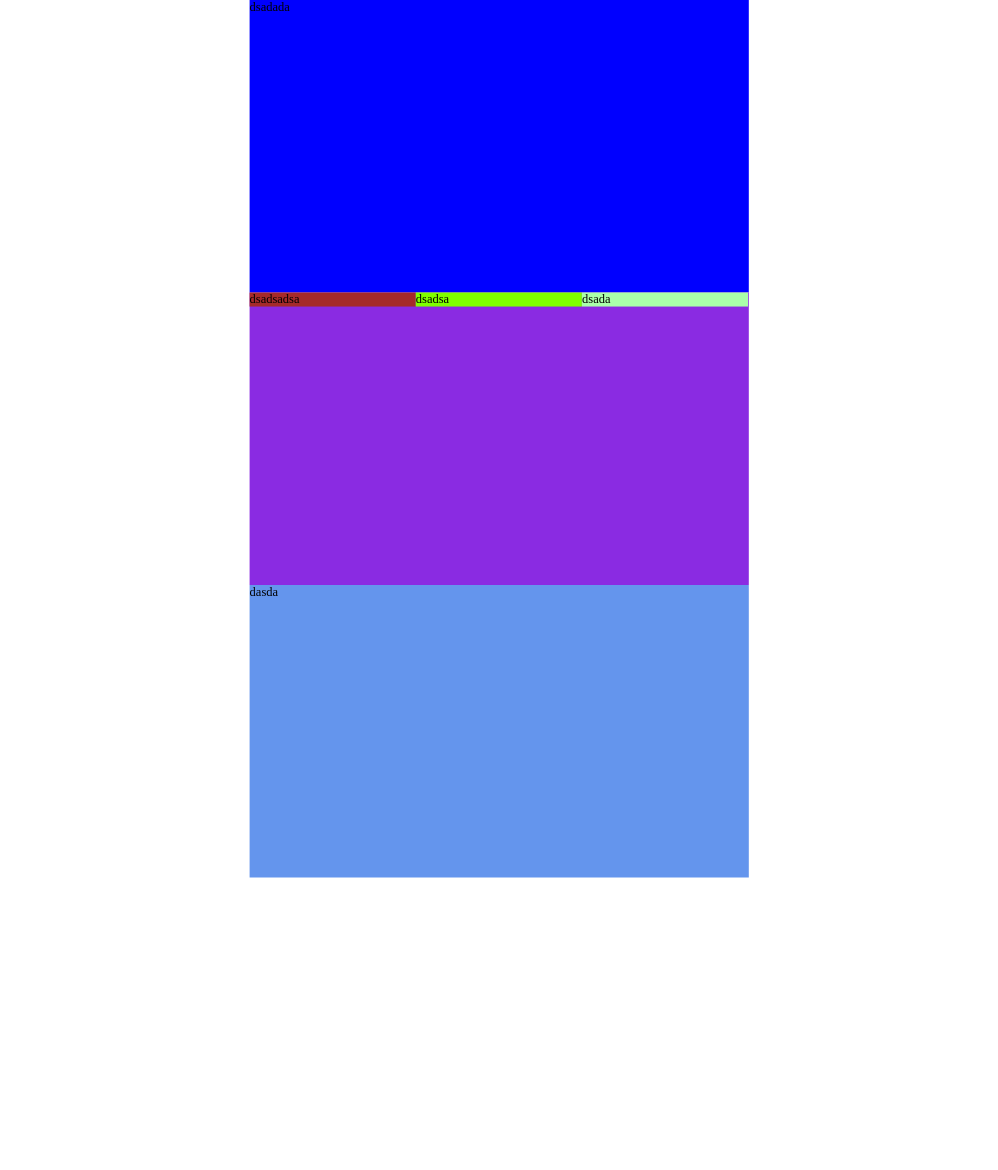
Repository: Gumiin/studia
Page: exercise 1/index.html
The author's editor kept a copy of each file at every save. The page is drawn from the files as they stood at one save, then again after the next save.
The browser window is 1280 px wide. The pictures show the whole page, at 78% of full size.

Above is the page before, as saved 2021-03-10 18:27:59.

### exercise 1/index.html
<!DOCTYPE html>
<html lang="en">
<head>
    <meta charset="UTF-8">
    <meta http-equiv="X-UA-Compatible" content="IE=edge">
    <meta name="viewport" content="width=device-width, initial-scale=1.0">
    <link rel="stylesheet" href="style.css">
    <title>Document</title>
</head>
<body>
    <div id="all">
    <div id="baner">
        dsadada
    </div>
    <div id="middle_content">
        <div id="m_left">
            dsadsadsa
        </div>
        <div id="m_middle">
            dsadsa
        </div>
        <div id="m_right">
            dsada
        </div>
    </div>
    <div id="footer">
        dasda
    </div>
    </div>
</body>
</html>

### exercise 1/style.css
body{
    width: 100%;
    height: 1500px;
    border: 0px;
    margin:0px;
    padding:0px;
}
#all{
    margin-left: 25%;
    width: 50%;
    height: 100px;
}
#baner{
    background-color: blue;
    width: 100%;
    height: 375px;
}
#middle_content{
    background-color: blueviolet;
    width: 100%;
    height:  375px;
}
#m_left{
    background-color: brown;
    width: 33.3%;
    float: left;
}
#m_middle{
    background-color: chartreuse;
    width: 33.3%;
    float: left;
}
#m_right{
    background-color: #aaffaa;
    position: relative;
    width: 33.3%;
    float: left;
}
#footer{
    background-color: cornflowerblue;
    width: 100%;
    height:  375px;
}

After the next save:
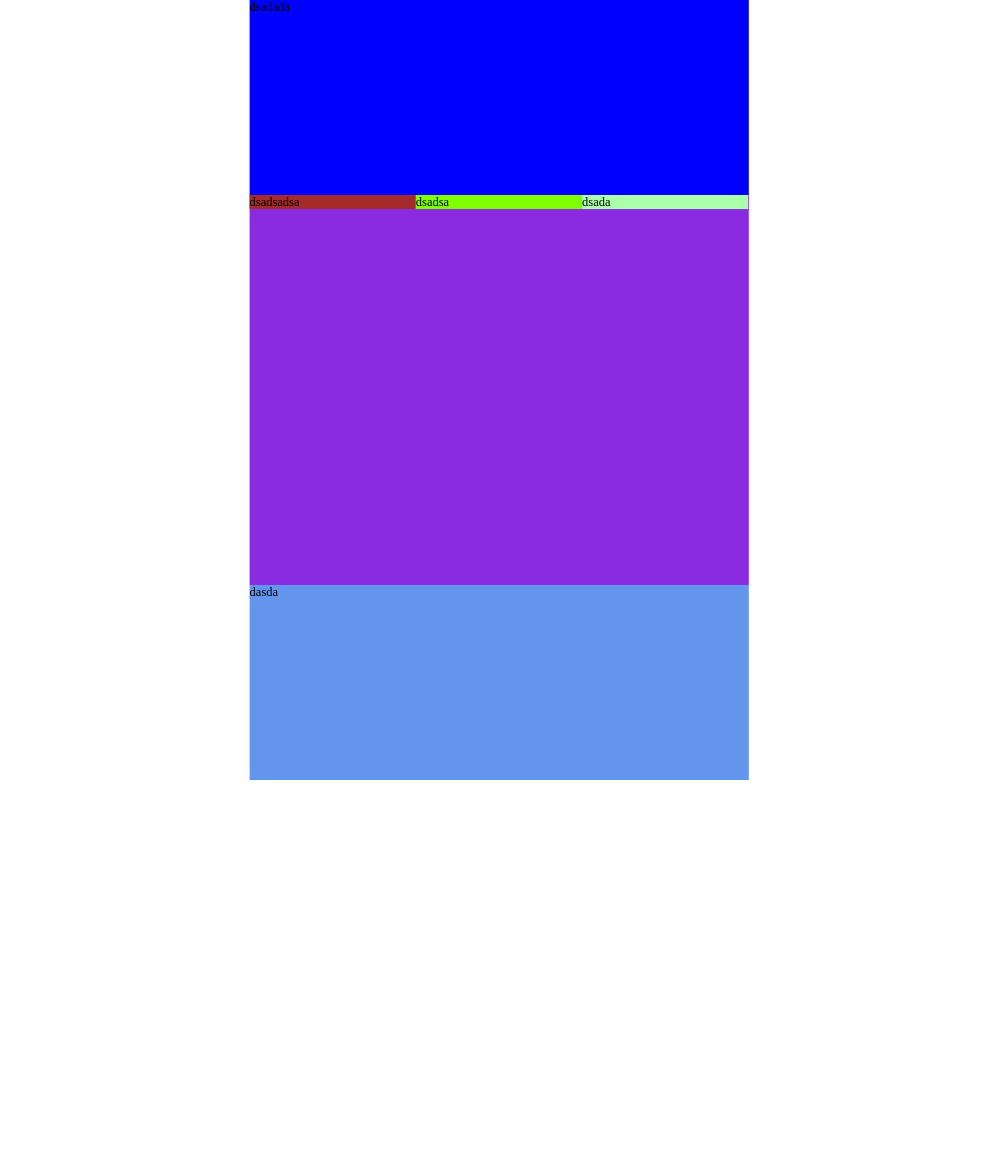
Saved 16 s later.
--- a/exercise 1/style.css
+++ b/exercise 1/style.css
@@ -8,17 +8,17 @@
 #all{
     margin-left: 25%;
     width: 50%;
-    height: 100px;
+    height: 1000px;
 }
 #baner{
     background-color: blue;
     width: 100%;
-    height: 375px;
+    height: 25%;
 }
 #middle_content{
     background-color: blueviolet;
     width: 100%;
-    height:  375px;
+    height: 50%;
 }
 #m_left{
     background-color: brown;
@@ -39,5 +39,5 @@
 #footer{
     background-color: cornflowerblue;
     width: 100%;
-    height:  375px;
+    height: 25%;
 }
